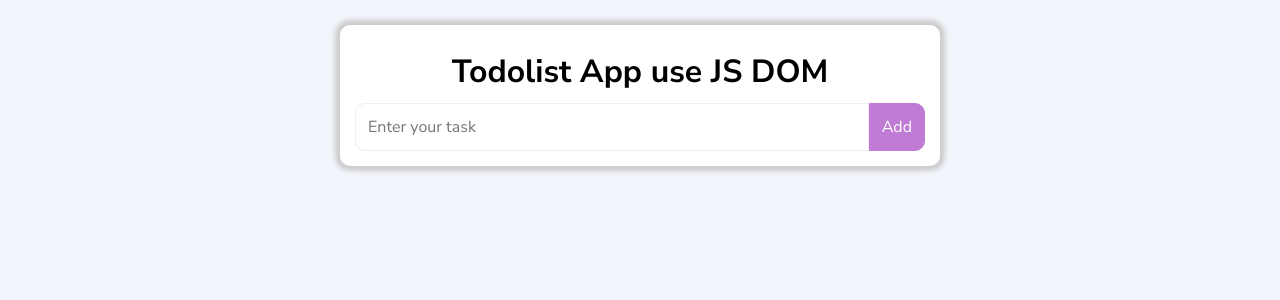
Repository: anhquan74-dev/todolist_app
Page: index.html
The author's editor kept a copy of each file at every save. The page is drawn from the files as they stood at one save, then again after a run of saves.
The browser window is 1280 px wide. The pictures show the whole page.
Empty fields were first filled with sample values (such as "Sample", 5 or name@example.com).
After loading, the first visible `#add-btn` was clicked once.
Some web libraries are served in a nearby version.

Above is the page before, as saved 2022-07-21 17:13:32.

### index.html
<!DOCTYPE html>
<html lang="en">
  <head>
    <meta charset="UTF-8" />
    <meta http-equiv="X-UA-Compatible" content="IE=edge" />
    <meta name="viewport" content="width=device-width, initial-scale=1.0" />
    <title>TodoList Web Application</title>
    <link rel="stylesheet" href="style.css" />
    <link
      rel="stylesheet"
      href="https://cdnjs.cloudflare.com/ajax/libs/font-awesome/6.1.1/css/all.min.css"
      integrity="sha512-KfkfwYDsLkIlwQp6LFnl8zNdLGxu9YAA1QvwINks4PhcElQSvqcyVLLD9aMhXd13uQjoXtEKNosOWaZqXgel0g=="
      crossorigin="anonymous"
      referrerpolicy="no-referrer"
    />
  </head>
  <body>
    <div class="todo-app">
      <h1>Todolist App use JS DOM</h1>
      <div class="form-control">
        <input id="input-text" type="text" placeholder="Enter your task" />
        <button id="add-btn">Add</button>
      </div>
      <ul id="list-item">
        <!-- <li class="item">
          Homework
          <a class="edit-btn">Edit</a>
          <a class="delete-btn">Delete</a>
        </li> -->
      </ul>
    </div>
    <script src="main.js"></script>
  </body>
</html>

### style.css
@import url('https://fonts.googleapis.com/css2?family=Nunito+Sans:ital,wght@0,300;0,400;0,600;0,700;0,800;0,900;1,300;1,400;1,600;1,700;1,800;1,900&display=swap');

*, *::after, *::before {
    margin: 0;
    padding: 0;
    box-sizing: border-box;
}
button, input,
body {
    font-family: 'Nunito Sans', sans-serif;
    background-color: #f3f5fc;
}

input {
    background-color: white;
}

.todo-app {
    background-color: white;
    max-width: 600px;
    margin: 25px auto;
    border-radius: 10px;
    padding: 15px;
    box-shadow: 0px 0px 5px 5px #ccc;
}

h1 {
    text-align: center;
    margin: 10px;
}

.form-control {
    display: flex;
    align-items: center;
}

#input-text {
    font-size: 16px;
    padding: 12px;
    width: 100%;
    outline: none;
    border: 1px solid #eee;
    border-radius: 10px 0px 0px 10px;
}

#add-btn {
    font-size: 16px;
    padding: 12px;
    outline: none;
    border: 1px solid #c07cd4;
    border-radius: 0px 10px 10px 0px;
    cursor: pointer;
    background-color: #c07cd4;
    color: white;
}

#add-btn:hover {
    background-color: #a13bc0;
    border: 1px solid #a13bc0;
}

.list-item {
    list-style-type:none;
    margin-top: 20px;
}

.item {
    padding: 12px 12px 12px 40px;
    background-color: #f3f5fc;
    margin:4px 0;
    position: relative;
    overflow: hidden;
    cursor: pointer;
}

.edit-btn,.delete-btn{
    font-weight: 700;
    color: #aaaaaa;
}

.edit-btn {
    position: absolute;
    top: 50%;
    transform: translateY(-50%);
    right: 90px;
}

.delete-btn {
    position: absolute;
    top: 50%;
    transform: translateY(-50%);
    right: 20px;
}

.item:hover  span{
    opacity: 1;
    transform: translateX(-100%);
}

.edit-btn:hover {
    color: black;
}

.delete-btn:hover {
    color: #CF2323;

}

li.checked {
    background-color: #d2d9f0;
    text-decoration: line-through;
}

ul li.checked::before {
    content: '';
    position: absolute;
    border-color: black;
    border-style: solid;
    border-width: 0 2px 2px 0;
    top: 12px;
    left: 20px;
    transform: rotate(45deg);
    height: 15px;
    width: 7px;
  }

### main.js
let inputElement = document.getElementById("input-text");
console.log(inputElement);
let addBtnElement = document.getElementById("add-btn");
console.log(addBtnElement);

let tasks = getTasksFromLocalStorage();
renderTasks(tasks);

addBtnElement.addEventListener("click", function () {
  if (!inputElement.value) {
    alert("You must write something!");
    return false;
  }

  let tasks = getTasksFromLocalStorage();
  tasks.push({ name: inputElement.value });
  inputElement.value = "";

  localStorage.setItem("tasks", JSON.stringify(tasks));

  renderTasks(tasks);
});

function renderTasks(tasks = []) {
  let content = "";
  tasks.forEach((task) => {
    content += `<li class="item">
                  ${task.name}
                  <a class="edit-btn">Edit</a>
                  <a class="delete-btn">Delete</a>
                </li>`;
  });

}

function getTasksFromLocalStorage() {
  return localStorage.getItem("tasks")
    ? JSON.parse(localStorage.getItem("tasks"))
    : [];
}

After the next 9 saves:
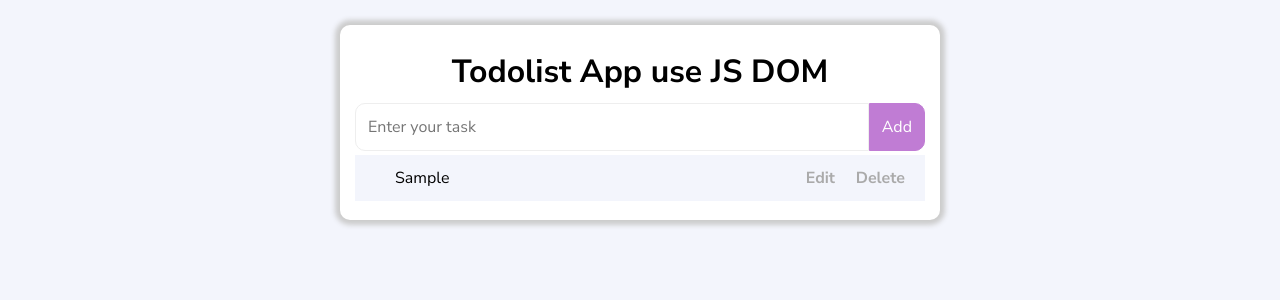
The 9 saves are shown as one change because they came seconds apart.
The last was saved 27 s later.
--- a/main.js
+++ b/main.js
@@ -30,7 +30,7 @@ function renderTasks(tasks = []) {
                   <a class="delete-btn">Delete</a>
                 </li>`;
   });
-
+  document.getElementById("list-item").innerHTML = content;
 }
 
 function getTasksFromLocalStorage() {
